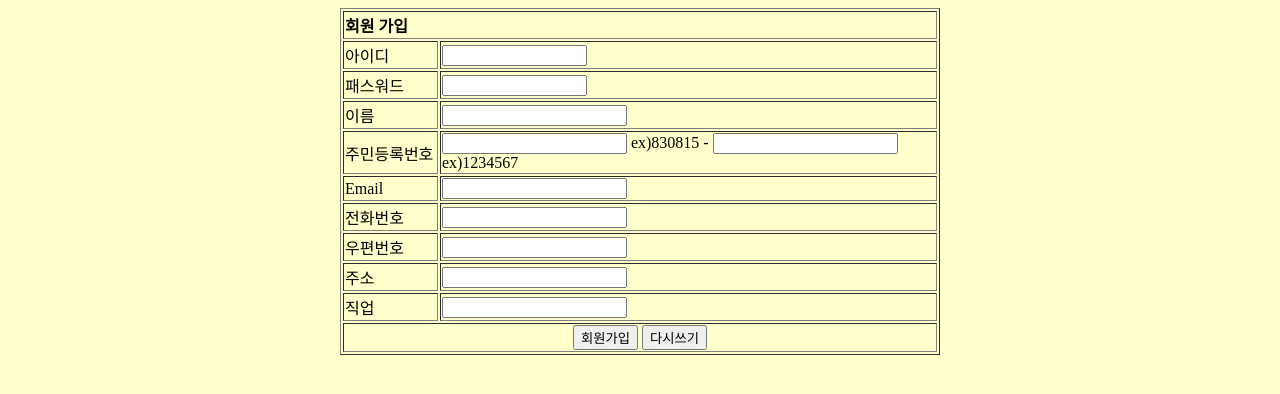
Repository: KangEunseo/2019-jsp-class
Page: http://localhost/BasicJSP/jdbcbean/member.jsp
The author's editor kept a copy of each file at every save. The page is drawn from the files as they stood at one save, then again after the next save.
The browser window is 1280 px wide. The pictures show the whole page.
The page is served by Tomcat 9. Other server files are loaded and not shown.

Above is the page before, as saved 2019-08-21 23:40:37.

### BasicJSP/WebContent/jdbcbean/member.jsp
<%@ page language="java" contentType="text/html; charset=UTF-8"
    pageEncoding="UTF-8"%>
<!DOCTYPE html>
<html>
<head>
<meta charset="UTF-8">
<title>Insert title here</title>
<script type="text/javascript">
function member_check(){
	var id = document.memberf.id.value;
	var pwd = document.memberf.pwd.value;
	var name = document.memberf.name.value;
	var num1 = document.memberf.num1.value;
	var num2 = document.memberf.num2.value;

	if(id == ""){
		alert("id를 입력하세요");
		return false;
	}if(pwd == ""){
		alert("password를 입력하세요");
		return false;
	}if(name == ""){
		alert("이름을 입력하세요");
		return false;
	}if(num1 == "" || num2 ==""){
		alert("주민등록번호를 입력하세요");
		return false;
	}
}
</script>
</head>
<body bgcolor="#ffffcc">
<div align="center">
	<form name="memberf" method="post" onsubmit="return member_check();" action="memberPro.jsp">
		<table border="1" width="600px">
			<tr>
				<td width="20%" colspan="2"><b>회원 가입</b></td>
			</tr>
			<tr>
				<td>아이디</td>
				<td><input type="text" name="id" size="15"></td>
			</tr>
			<tr>
				<td>패스워드</td>
				<td><input type="password" name="pwd" size="15"></td>
			</tr>
			<tr>
				<td>이름</td>
				<td><input type="text" name="name"></td>
			</tr>
			<tr>
				<td>주민등록번호</td>
				<td><input type="text" name="num1"> ex)830815 - <input type="text" name="num2"> ex)1234567</td>
			</tr>
			<tr>
				<td>Email</td>
				<td><input type="text" name="email"></td>
			</tr>
			<tr>
				<td>전화번호</td>
				<td><input type="text" name="phone"></td>
			</tr>
			<tr>
				<td>우편번호</td>
				<td><input type="text" name="zipcode"></td>
			</tr>
			<tr>
				<td>주소</td>
				<td><input type="text" name="address"></td>
			</tr>
			<tr>
				<td>직업</td>
				<td><input type="text" name="job"></td>
			</tr>
			<tr>
				<td colspan="2" align="center"><input type="submit" value="회원가입"> <input type="reset" value="다시쓰기"></td>
			</tr>
		</table>
	</form>
</div>
</body>
</html>

After the next save:
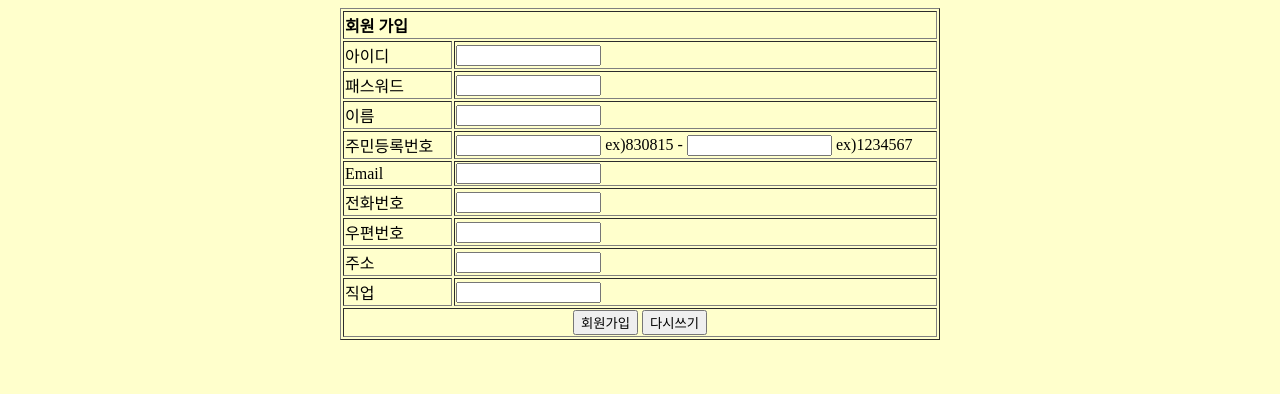
Saved 37 s later.
--- a/BasicJSP/WebContent/jdbcbean/member.jsp
+++ b/BasicJSP/WebContent/jdbcbean/member.jsp
@@ -46,31 +46,31 @@ function member_check(){
 			</tr>
 			<tr>
 				<td>이름</td>
-				<td><input type="text" name="name"></td>
+				<td><input type="text" name="name" size="15"></td>
 			</tr>
 			<tr>
 				<td>주민등록번호</td>
-				<td><input type="text" name="num1"> ex)830815 - <input type="text" name="num2"> ex)1234567</td>
+				<td><input type="text" name="num1" size="15"> ex)830815 - <input type="text" name="num2" size="15"> ex)1234567</td>
 			</tr>
 			<tr>
 				<td>Email</td>
-				<td><input type="text" name="email"></td>
+				<td><input type="text" name="email" size="15"></td>
 			</tr>
 			<tr>
 				<td>전화번호</td>
-				<td><input type="text" name="phone"></td>
+				<td><input type="text" name="phone" size="15"></td>
 			</tr>
 			<tr>
 				<td>우편번호</td>
-				<td><input type="text" name="zipcode"></td>
+				<td><input type="text" name="zipcode" size="15"></td>
 			</tr>
 			<tr>
 				<td>주소</td>
-				<td><input type="text" name="address"></td>
+				<td><input type="text" name="address" size="15"></td>
 			</tr>
 			<tr>
 				<td>직업</td>
-				<td><input type="text" name="job"></td>
+				<td><input type="text" name="job" size="15"></td>
 			</tr>
 			<tr>
 				<td colspan="2" align="center"><input type="submit" value="회원가입"> <input type="reset" value="다시쓰기"></td>
